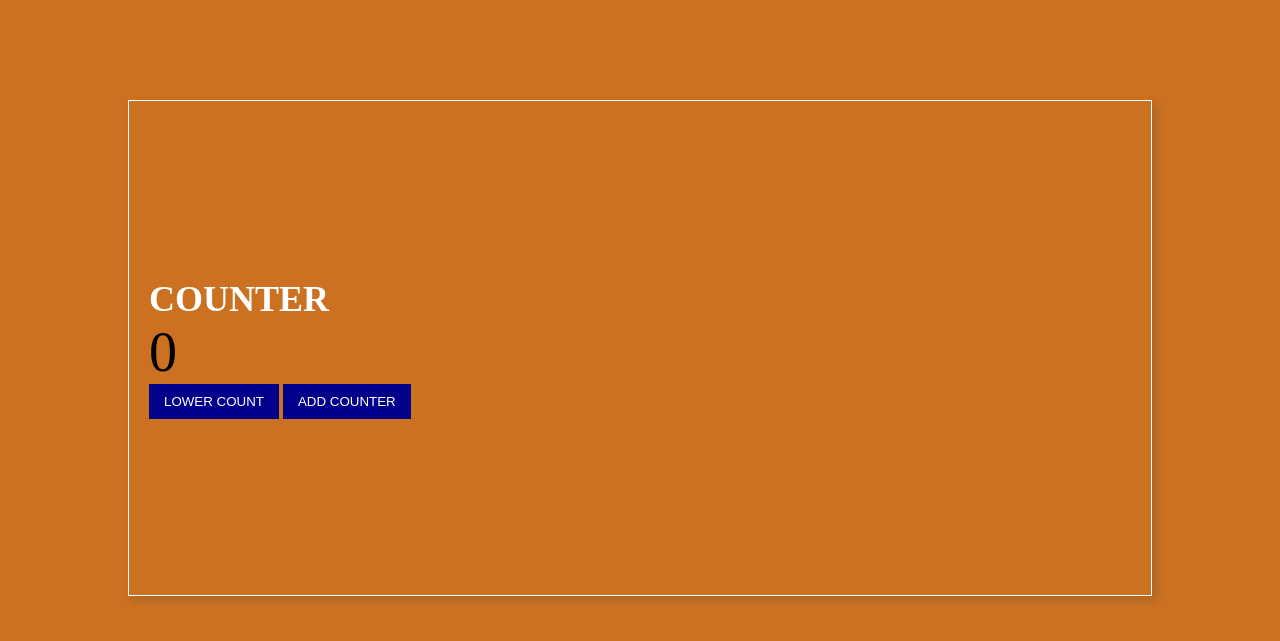
Repository: lusine-tech/counter
Page: index.html
These files come from the project's save history. The page is drawn as it stood at one moment and after a run of saves; the edit follows.
The browser window is 1280 px wide. The pictures show the whole page.

Above is the page before, as saved 2022-02-14 17:08:30.

### index.html
<!DOCTYPE html>
<html lang="en">
<head>
    <meta charset="UTF-8">
    <meta http-equiv="X-UA-Compatible" content="IE=edge">
    <meta name="viewport" content="width=device-width, initial-scale=1.0">
    <link rel="stylesheet" href="style.css">
    <title>counter</title>
</head>
<body>
    <section class="background">
        <div class="block">
            <h3 class="title">Counter</h3>
            <p class="num">0</p>
    <div class="buttons">
       <button class="btn" id="btn-left">lower count</button>
       <button class="btn" id="btn-right">add Counter</button>
    </div>
    </div>
    </section>
   <script src="/script.js"></script>
</body>
</html>

### style.css
*{
    margin: 0;
    padding: 0;
    box-sizing: border-box;
}

.background {
    height: 100vh;
    width: 100vw;
    background-color: #cb7121;
    display: flex;
   justify-content: center;
   padding-top: 100px;
}

.block {
    display: flex;
    justify-content: center;
    flex-direction: column;
    height: 80%;
    width: 80%;
    border: 1px solid #fff;
    padding: 50px 20px;
    -webkit-box-shadow: 4px 4px 8px 0px rgba(34, 60, 80, 0.2);
-moz-box-shadow: 4px 4px 8px 0px rgba(34, 60, 80, 0.2);
box-shadow: 4px 4px 8px 0px rgba(34, 60, 80, 0.2);
}
.title {
    color: #fff;
    font-size: 36px;
    text-transform: uppercase;
}
.num {
    font-size: 56px;
}
.btn {
    padding: 10px 15px;
    color: #fff;
        cursor: pointer;
    transition: 0.5s ease;
    border: none;
    outline: none;
    background-color: #00008B;
    text-transform: uppercase;
}

Loaded but not shown: script.js (no copy from this time; the picture is the same without it)

After the next 2 saves:
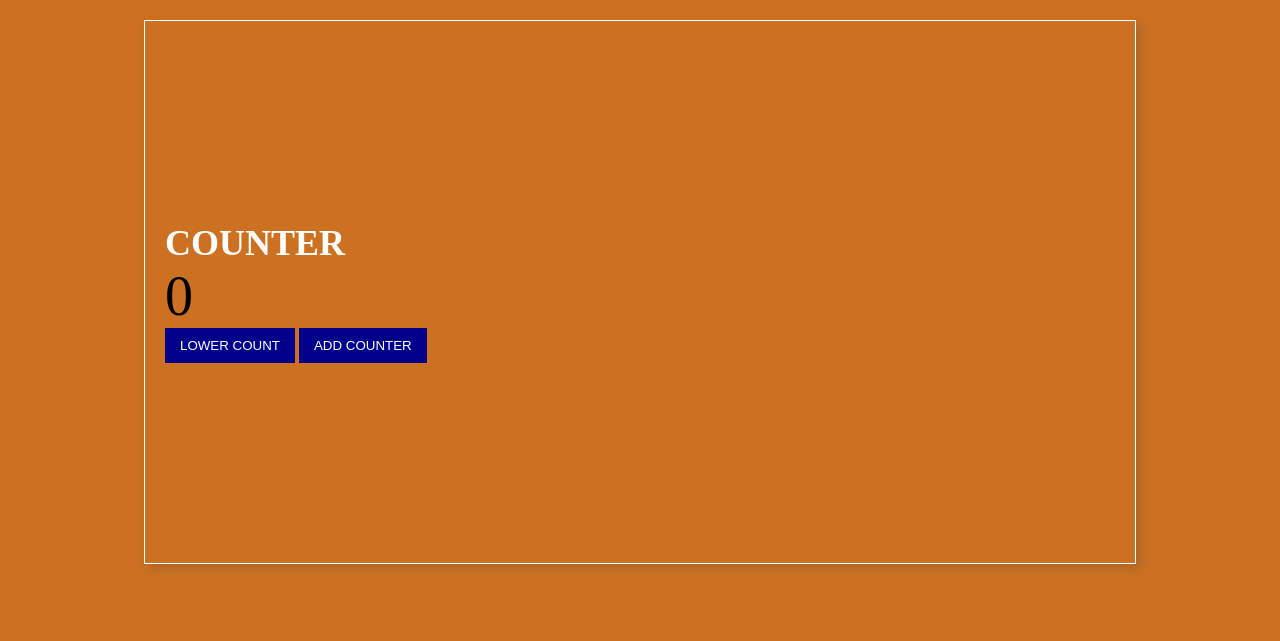
The 2 saves are shown as one change because they came seconds apart.
The last was saved 15 s later.
--- a/style.css
+++ b/style.css
@@ -10,7 +10,7 @@
     background-color: #cb7121;
     display: flex;
    justify-content: center;
-   padding-top: 100px;
+   padding: 20px;
 }
 
 .block {
